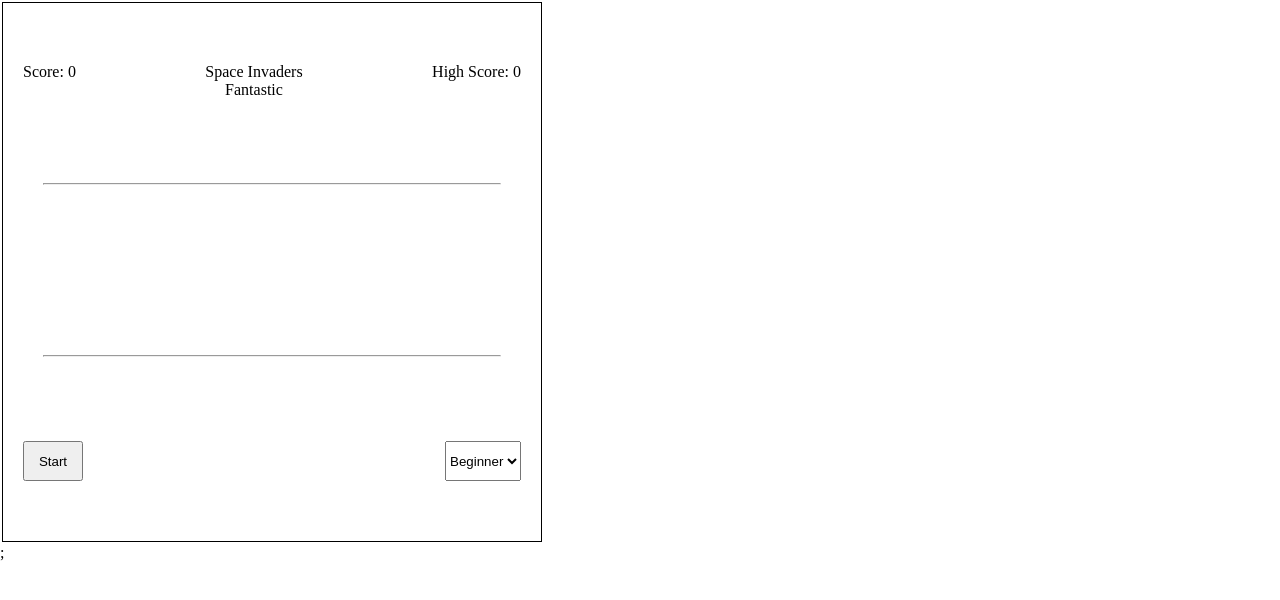
Repository: baziz22/Vanilla_JS_Projects
Page: space invaders/index.html
An editor plug-in stored every save of this project. The page is shown before and after the next save, followed by the edit.
The browser window is 1280 px wide. The pictures show the whole page.

Above is the page before, as saved 2022-02-20 00:56:33.

After the next save:
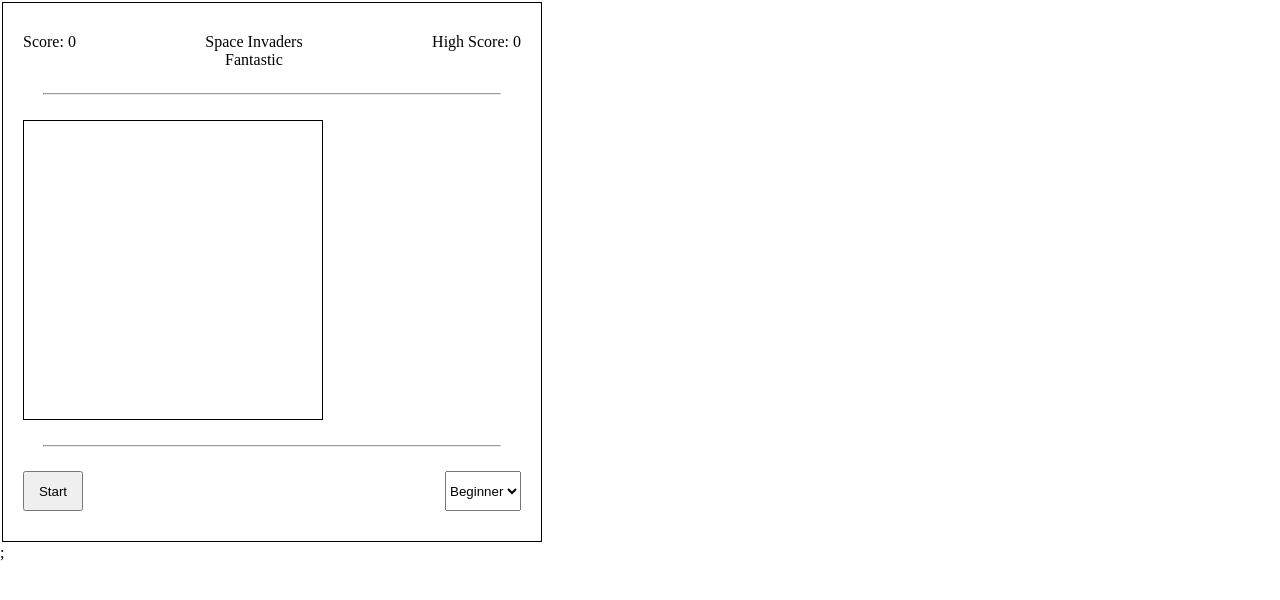
Saved 60 s later.
--- a/space invaders/style.css
+++ b/space invaders/style.css
@@ -42,3 +42,9 @@
 hr {
   margin: 5px 20px;
 }
+
+.grid {
+  width: 300px;
+  height: 300px;
+  border: 1px solid black;
+}
